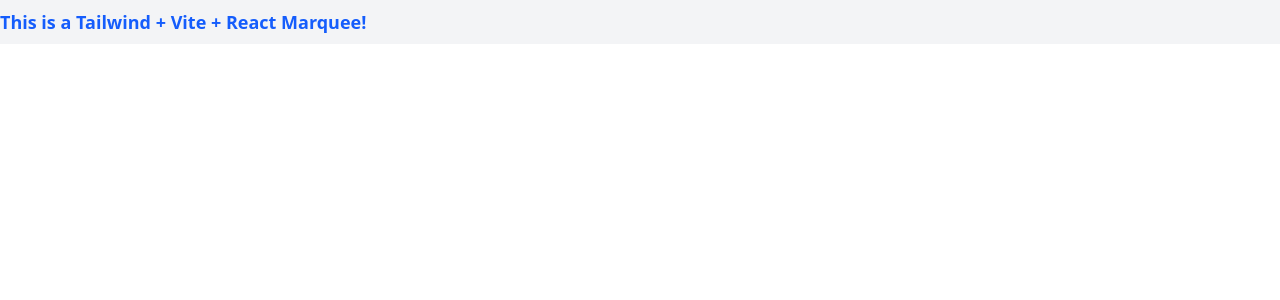
Repository: pgyunknown/edu
Page: / (app in eduTechSphere/)
The author's editor kept a copy of each file at every save. The page is drawn from the files as they stood at one save, then again after the next save.
The browser window is 1280 px wide. The pictures show the whole page.
The project was rebuilt for these pictures with package versions that can differ from the ones it lists, and the page was loaded fresh each time. Also part of the build but not shown: eduTechSphere/vite.config.js.

Above is the page before, as saved 2025-04-24 23:51:36.

### eduTechSphere/src/index.css
@import "tailwindcss";

### eduTechSphere/src/App.jsx
import React from 'react'
// import NavBar from './NavBar'
import Marquee from './Components/Notification'

const App = () => {
  return (
    <>
      {/* <NavBar /> */}
      <Marquee/>
    </>
  )
}

export default App

### eduTechSphere/src/Components/Notification.jsx
export default function Marquee() {
  return (
    <div className="overflow-hidden whitespace-nowrap w-full bg-gray-100 py-2">
      <div className="inline-block animate-marquee text-lg font-semibold text-blue-600">
        This is a Tailwind + Vite + React Marquee!
      </div>
    </div>
  );
}

Loaded but not shown: eduTechSphere/index.html (common file); eduTechSphere/src/main.jsx (common file)

After the next save:
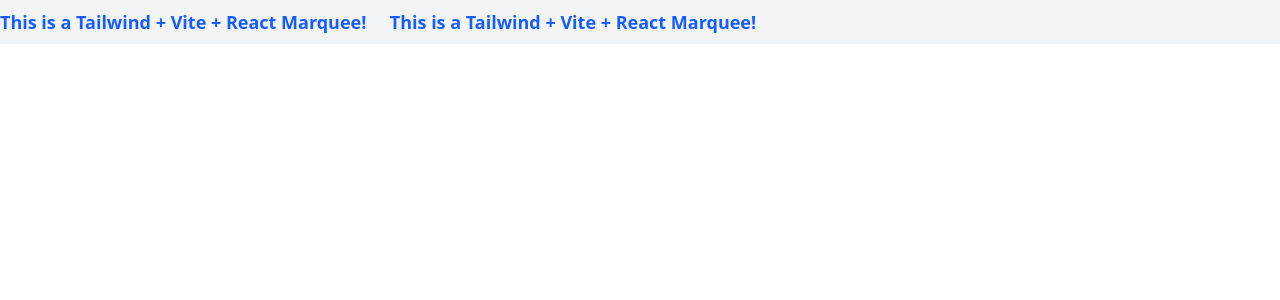
Saved 11 s later.
--- a/eduTechSphere/src/Components/Notification.jsx
+++ b/eduTechSphere/src/Components/Notification.jsx
@@ -1,8 +1,8 @@
 export default function Marquee() {
   return (
     <div className="overflow-hidden whitespace-nowrap w-full bg-gray-100 py-2">
-      <div className="inline-block animate-marquee text-lg font-semibold text-blue-600">
-        This is a Tailwind + Vite + React Marquee!
+      <div className="inline-block animate-marquee min-w-full text-lg font-semibold text-blue-600">
+        This is a Tailwind + Vite + React Marquee! &nbsp;&nbsp;&nbsp; This is a Tailwind + Vite + React Marquee!
       </div>
     </div>
   );
